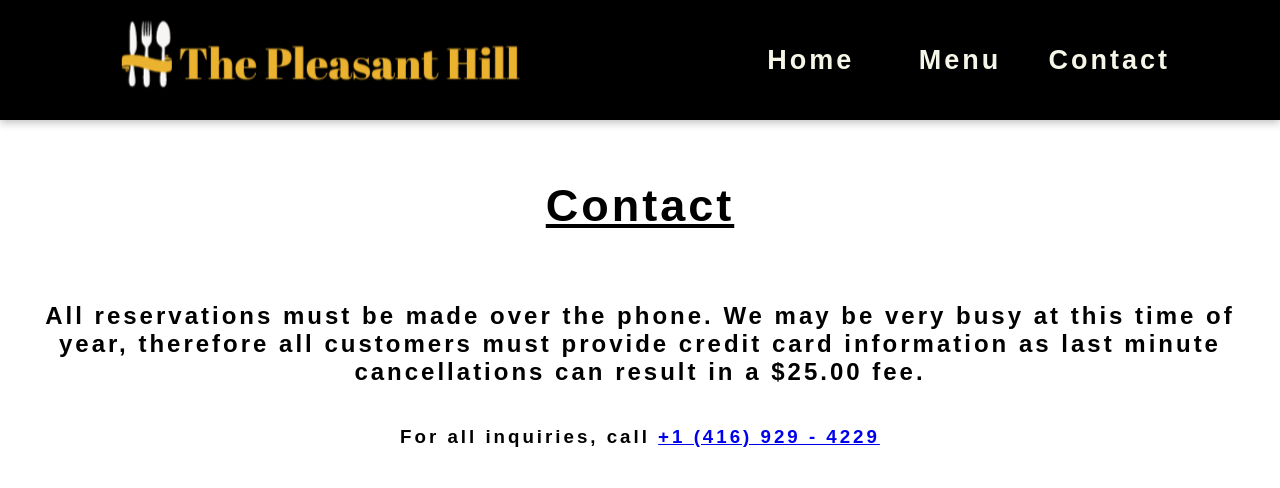
Repository: shayanabedi98/pleasant-hill-restaurant
Page: /, after clicking the first element matching `ul > :nth-child(3)`
The author's editor kept a copy of each file at every save. The page is drawn from the files as they stood at one save, then again after the next save.
The browser window is 1280 px wide. The pictures show the part of the page from y = 0 to 488 px (the page is 942 px tall).
Pictures or frames that could not be fetched are drawn as grey boxes. Some web fonts or font styles are not loaded; a fallback is used. The project was rebuilt for these pictures with package versions that can differ from the ones it lists, and the page was loaded fresh each time. Also part of the build but not shown: vite.config.js, src/components/MenuList.jsx, src/components/Appetizers.jsx, src/components/Entrees.jsx, src/components/Desserts.jsx, src/components/Drinks.jsx, src/components/Menu.jsx.

Above is the page before, as saved 2023-12-27 18:30:20.

### index.html
<!doctype html>
<html lang="en">
  <head>
    <meta charset="UTF-8" />
    <link rel="icon" type="image/svg+xml" href="/vite.svg" />
    <meta name="viewport" content="width=device-width, initial-scale=1.0" />
    <link rel="preconnect" href="https://fonts.googleapis.com">
    <link rel="preconnect" href="https://fonts.gstatic.com" crossorigin>
    <link href="https://fonts.googleapis.com/css2?family=Italiana&display=swap" rel="stylesheet">
    <title></title>
  </head>
  <body>
    <div id="root"></div>
    <script type="module" src="/src/main.jsx"></script>
  </body>
</html>

### src/App.jsx
import { useState } from "react";
import Contact from "./components/Contact";
import Home from "./components/Home";
import Menu from "./components/Menu";
import Navbar from "./components/Navbar";
import "./App.css";

function App() {
  const [activeDiv, setActiveDiv] = useState({
    home: true,
    menu: false,
    contact: false,
  });

  const renderDiv = (clickedItem) => {
    setActiveDiv({
      home: clickedItem === 'home',
      menu: clickedItem === 'menu',
      contact: clickedItem === 'contact'
    })
  }

  return (
    <>
      <Navbar onClick={renderDiv} />
      {activeDiv.home && <Home />}
      {activeDiv.menu && <Menu />}
      {activeDiv.contact && <Contact />}
    </>
  );
}

export default App;

### src/index.css
* {
  background-color: white;
}

### src/components/Contact.jsx
import React from 'react'

const Contact = () => {
  return (
    <div className='contact'>
        <h1>Contact</h1>
        <h2>All reservations must be made over the phone. We may be very busy at this time of year, therefore all customers must provide credit card information as last minute cancellations can result in a $25.00 fee.</h2>
        <h3>For all inquiries, call <a href="tel:+14169295229">+1 (416) 929 - 4229</a> </h3>
        <iframe src="https://www.google.com/maps/embed?pb=!1m18!1m12!1m3!1d721.6078904512414!2d-79.3904640303319!3d43.65999366841537!2m3!1f0!2f0!3f0!3m2!1i1024!2i768!4f13.1!3m3!1m2!1s0x882b34b7cf806435%3A0x842c90518fb9fea1!2s109%20College%20St%2C%20Toronto%2C%20ON%20M5G%201L6!5e0!3m2!1sen!2sca!4v1703711320331!5m2!1sen!2sca" width="600" height="450" style={{border:0}}></iframe>
    </div>
  )
}

export default Contact

### src/components/Home.jsx
import React from 'react'
import banner from '../assets/banner.jpg'
import aboutImg from '../assets/about.jpg'
import toronto from '../assets/toronto.jpg'

const Home = () => {
  return (
    <div className='home'>
      <img src={banner} alt="Banner photo of a luxurious restaurant" />
      <div className='banner-content'>
        <h1>Dine in luxury at The Pleasant Hill</h1>
        <div className='banner-buttons'>
          <button>View Menu</button>
          <button>Book Reservation</button>
        </div>
      </div>
      <div className="about">
        <div className='about1'>
          <img src={aboutImg} alt="zoomed in picture of a dining table with utensils" />
          <h2>Indulge in the Epitome of Gastronomic Luxury at The Pleasant Hill, Toronto's premier dining establishment where every dish promises an adventure for the senses. Experience the pinnacle of culinary artistry in the heart of Ontario.</h2>
        </div>
      </div>
        <div className="about2">
          <p>Nestled in the heart of Toronto, Ontario, The Pleasant Hill offers an oasis of culinary refinement in a world bustling with activity. This luxurious haven of gastronomy is not just a restaurant; it is a destination where the art of fine dining is celebrated, and every meal is an exquisite journey. With its opulent ambiance, The Pleasant Hill invites patrons to indulge in a symphony of flavors crafted by world-renowned chefs. Each dish is a masterpiece, composed of the finest locally-sourced ingredients and presented with the elegance worthy of royalty. Our sommelier-curated wine selection complements the epicurean delights, featuring rare vintages and sought-after labels from the most esteemed vineyards. At The Pleasant Hill, we believe that a meal should be a cherished moment, a time to savor the luxuries that life has to offer. We take pride in creating an unforgettable experience that begins with a warm welcome and lingers long after the last decadent dessert is enjoyed. Come, be our guest and immerse yourself in the pinnacle of Toronto's dining scene.</p>
          <img src={toronto} alt="Toronto skyline" />
        </div>
    </div>
  )
}

export default Home

### src/components/Navbar.jsx
import React from "react";
import logo from "../assets/logo2.png";

const Navbar = ({ onClick }) => {
  return (
    <div className="navbar">
      <img src={logo} alt="" />
      <ul>
        <li onClick={() => onClick("home")}>Home</li>
        <li onClick={() => onClick("menu")}>Menu</li>
        <li onClick={() => onClick("contact")}>Contact</li>
      </ul>
    </div>
  );
};

export default Navbar;

### src/App.css
* {
  font-family: 'Italiana', sans-serif;
  font-weight: 600;
  letter-spacing: 3px;
}

body {
  padding: 0px;
  margin: 0px;
}

.contact, .menu {
  margin-top: 180px;
}

.navbar {
  background-color: black;
  display: grid;
  grid-template-columns: 1fr 1fr;
  place-items: center;
  align-content: center;
  height: 120px;
  box-shadow: rgba(0, 0, 0, 0.24) 0px 3px 8px;
  z-index: 2;
  position: fixed;
  width: 100%;
  top: 0;
}

.navbar ul li {
  list-style: none;
  font-size: 27px;
  text-align: center;
  color: rgb(245, 245, 232);
  background-color: black;
}

.navbar ul {
  display: grid;
  width: 70%;
  grid-template-columns: 1fr 1fr 1fr;
  padding: 0px;
  margin: 0px;

}

.navbar ul li:hover {
  cursor: pointer;
  background-color: #aa9c66;
}



.menu {

}

.card-container {
  display: grid;
  gap: 20px;
  grid-template-columns: repeat(3, 1fr);
  place-items: center;
  color: #aa9c66;
  width: 1200px;
  margin: auto;
}

.menu-imgs {
  width: 300px;
  margin: 30px 30px 30px 30px;
  border-radius: 5%;
}

.menu-desc {
  text-align: center;
  font-weight: 600;
  padding-left: 20px;
  padding-right: 20px
}

.menu-names {
  font-size: 25px;
  text-decoration: underline;
  color: rgb(158, 152, 96);
}

.card {
  width: 370px;
  min-height: 400px;
  cursor: pointer;
  box-shadow: 0 13px 27px -5px hsla(240, 30.1%, 28%, 0.25), 0 8px 16px -8px hsla(0, 0%, 0%, 0.3), 0 -6px 16px -6px hsla(0, 0%, 0%, 0.03);
  transition: all ease 200ms;
  display: grid;
  place-items: center;
  grid-template-rows: 1fr 0.3fr 0.3fr;
  background-color: black;
  border-radius: 1rem;
  overflow: hidden;

}

.card:hover {
  cursor: pointer;
  transform: scale(1.03);
  box-shadow: 0 13px 40px -5px hsla(240, 30.1%, 28%, 0.12), 0 8px 32px -8px hsla(0, 0%, 0%, 0.14), 0 -6px 32px -6px hsla(0, 0%, 0%, 0.02);
}


.menu-desc, .menu-names {
  background-color: black;
}

.menu h2 {
  text-align: center;
  font-size: 35px;
  margin: 60px 0 60px 0;

}

.menu h1 {
  text-align: center;
  font-size: 40px;

}

.menu-top-p {
  text-align: center;
  font-size: 23px;
  width: 1200px;
  margin: 70px auto;
}


.contact h1 {
  text-align: center;
  width: 1200px;
  font-size: 45px;
  margin: 70px auto;
  text-decoration: underline;

}

.contact h2 {
  text-align: center;
  margin: 1px auto;
  width: 1200px;
}

.contact h3 {
  text-align: center;
  margin: 40px auto;
}

.iframe-div {
  margin: 50px auto;
  display: flex;
  justify-content: center;
  align-items: center;
}

Loaded but not shown: src/main.jsx (common file)

After the next save:
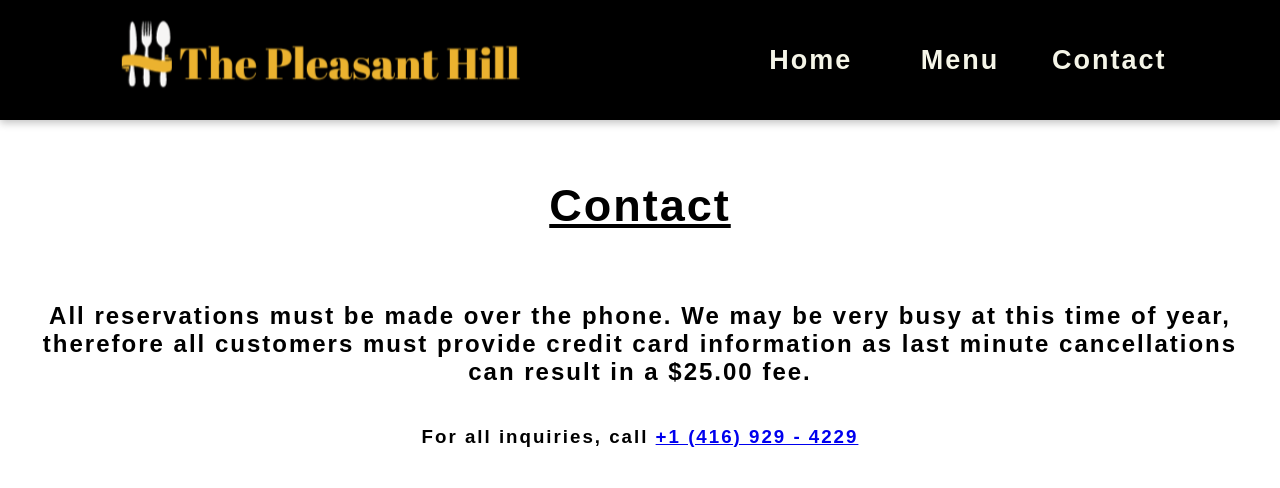
Saved 4 s later.
--- a/src/App.css
+++ b/src/App.css
@@ -1,7 +1,7 @@
 * {
   font-family: 'Italiana', sans-serif;
   font-weight: 600;
-  letter-spacing: 3px;
+  letter-spacing: 2px;
 }
 
 body {
